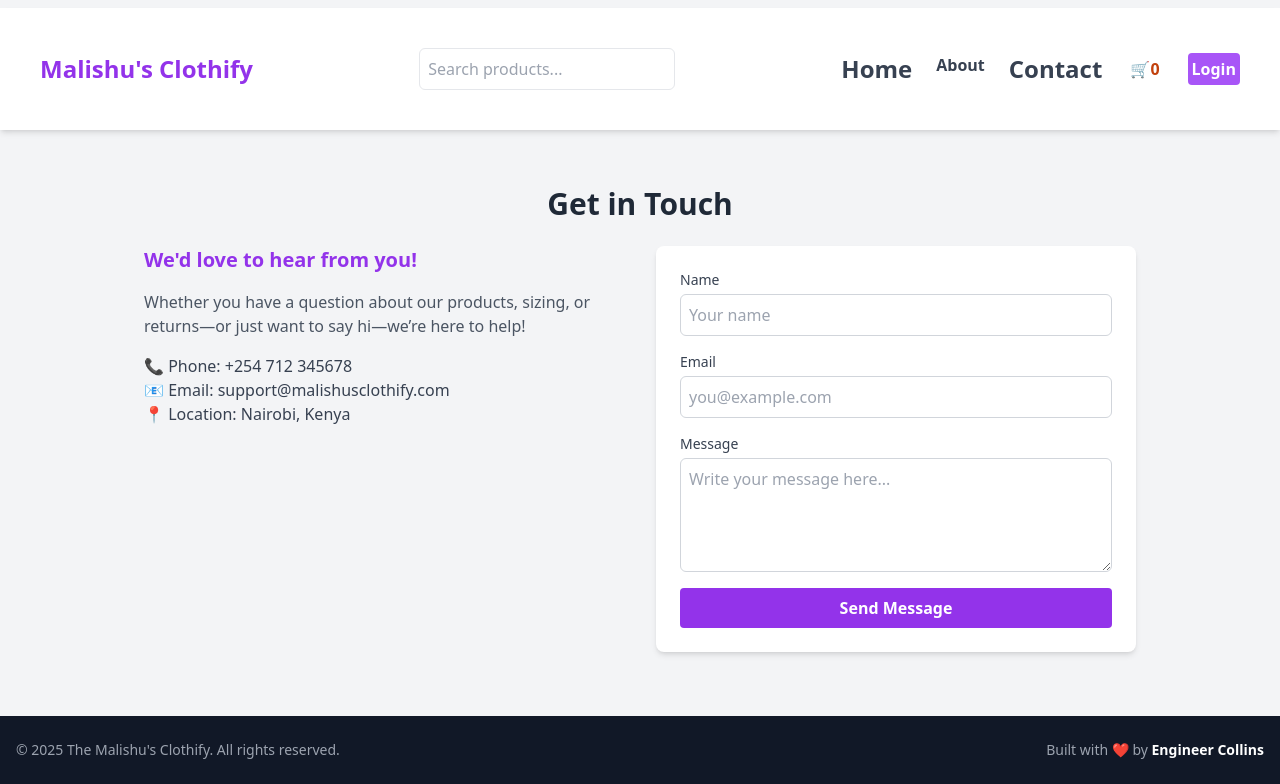
Repository: Engineer-collo/Modern-Ecommerce-Application
Page: /contact
An editor plug-in stored every save of this project. The page is shown before and after a run of saves, followed by the edit.
The browser window is 1280 px wide. The pictures show the whole page.
The project was rebuilt for these pictures with package versions that can differ from the ones it lists, and the page was loaded fresh each time. Also part of the build but not shown: vite.config.js, src/components/SignupForm.jsx, src/components/LoginForm.jsx, src/components/ProductCard.jsx, src/components/ProductFeed.jsx, src/components/About.jsx, src/components/Cart.jsx.

Above is the page before, as saved 2025-05-23 15:46:30.

After the next 2 saves:
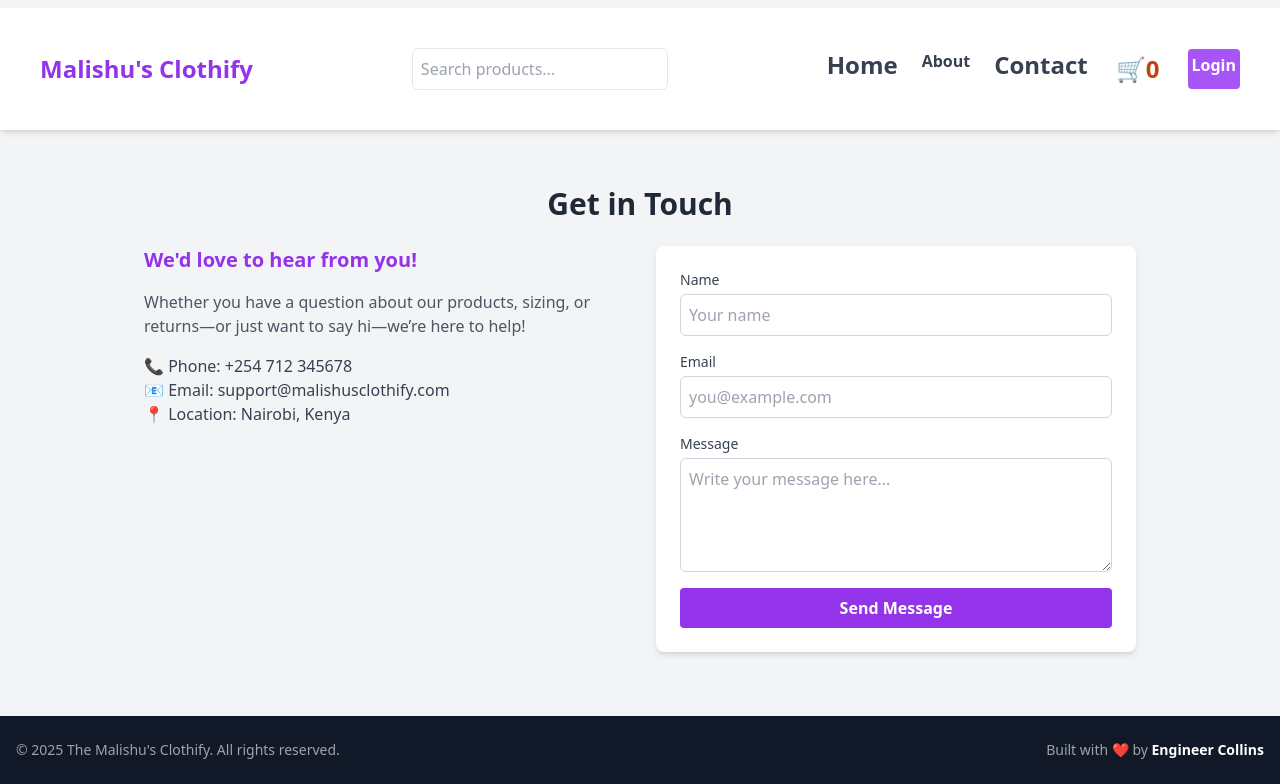
The 2 saves are shown as one change because they came seconds apart.
The last was saved 21 s later.
--- a/src/components/Navbar.jsx
+++ b/src/components/Navbar.jsx
@@ -78,7 +78,7 @@ const Navbar = ({ cart = [], searchTerm, setSearchTerm }) => {
           </Link>
           <Link
             to="/cart"
-            className="rounded p-1 font-bold text-orange-700 transition"
+            className=" text-2xl rounded p-1 font-bold text-orange-700 transition"
           >
             🛒{cart.length}
           </Link>
